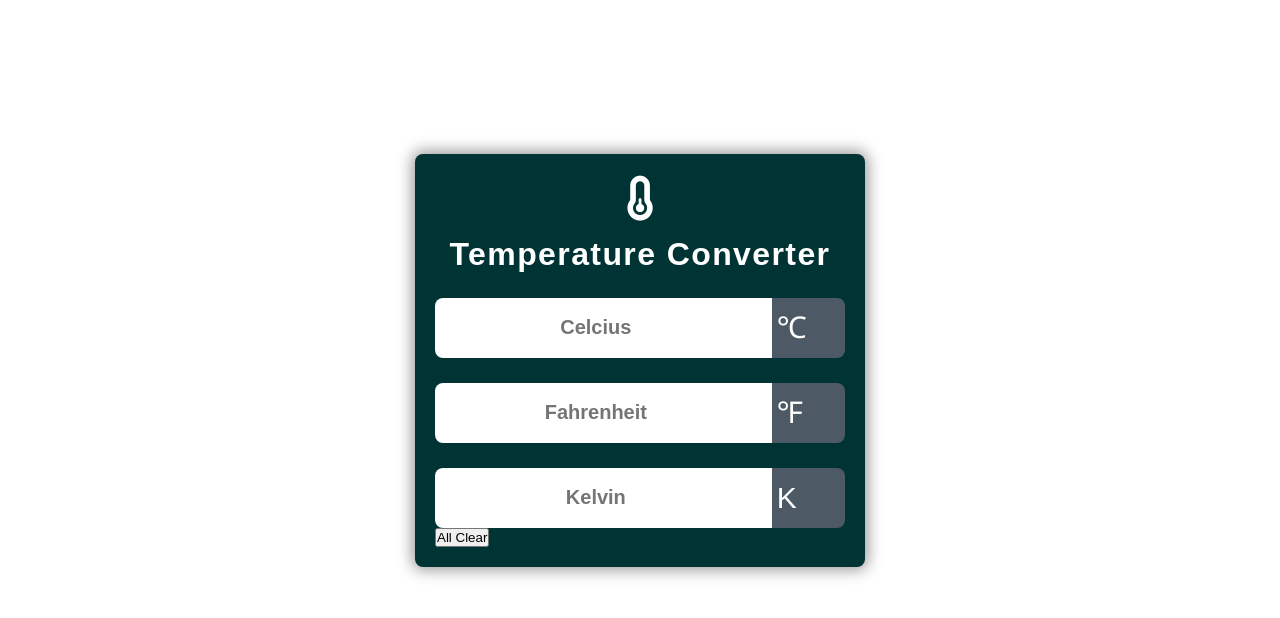
Repository: kiranjeetkaur01/tempconverter.github.io
Page: index.html
The author's editor kept a copy of each file at every save. The page is drawn from the files as they stood at one save, then again after the next save.
The browser window is 1280 px wide. The pictures show the whole page.

Above is the page before, as saved 2023-09-27 12:54:49.

After the next save:
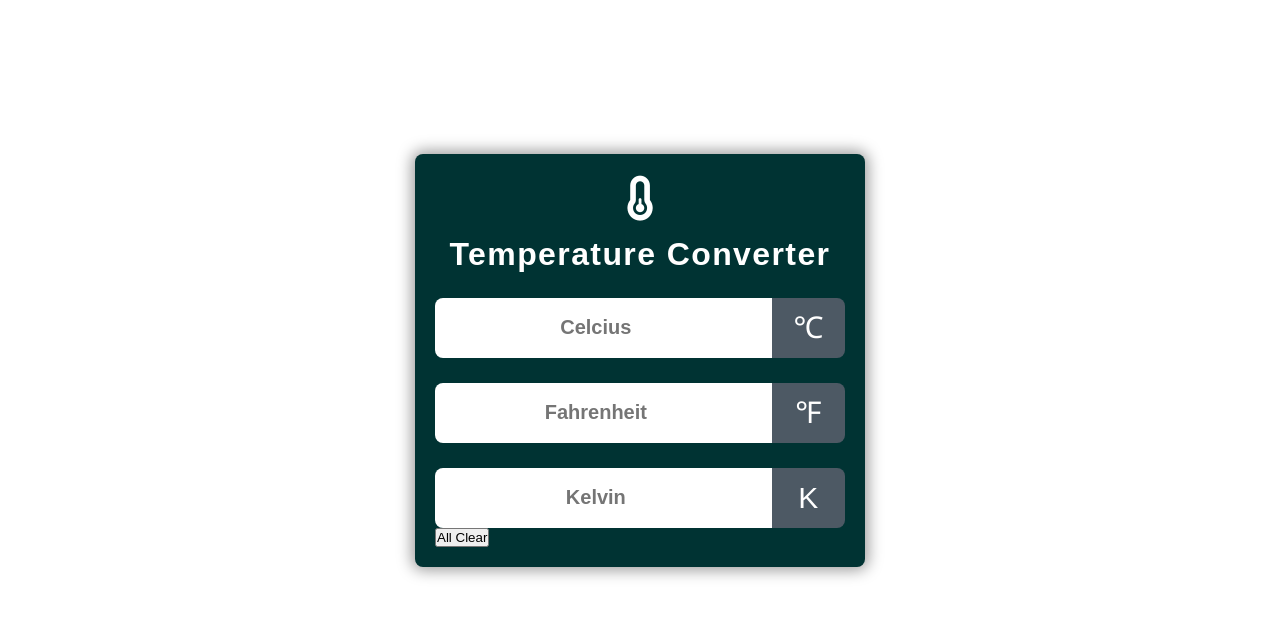
Saved 9 s later.
--- a/style.css
+++ b/style.css
@@ -58,7 +58,7 @@ input {
   height: 60px;
   line-height: 60px;
   padding: 0 5px;
-  /* text-align: center; */
+  text-align: center;
   font-size: 30px;
   background: #4d5964;
   color: #fff;
